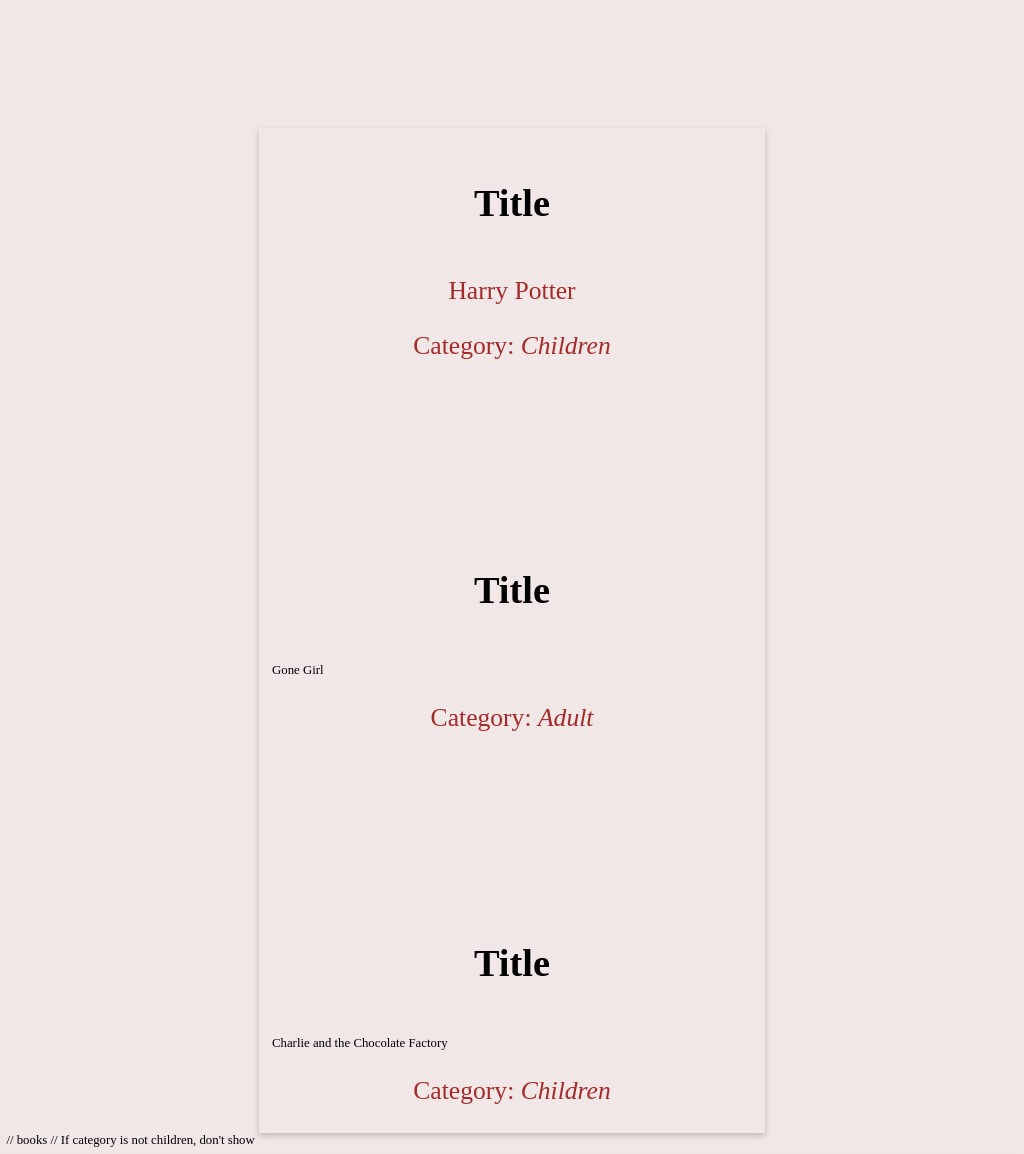
Repository: cyborgEneki/archangel-code-challenge
Page: index.html
An editor plug-in stored every save of this project. The page is shown before and after the next save, followed by the edit.
The browser window is 1280 px wide. The pictures show the whole page, at 80% of full size.
The style sheet was rebuilt from its Sass, Less or Tailwind sources for each picture, by a compiler version that may differ from the author's.

Above is the page before, as saved 2020-11-05 14:15:16.

### index.html
<!DOCTYPE html>
<html lang="en">

<head>
    <link rel="stylesheet" href="assets/css/styles.css">
</head>

<body>
    <div id="main"></div>
    <script src="bower_components/handlebars/handlebars.min.js"></script>
    <script src="bower_components/jquery/dist/jquery.min.js"></script>
    <script type="text/x-handlebars-template" id="template-script">
            <div class="card">
                <div class="card__container">
                    <h4 class="card__heading"><b>Title</b></h4>
                    <p class="card__title-text">Harry Potter</p>
                    <p class="card__category-text">Category: <i>Children</i></p>
                </div>
                <div class="card__container">
                    <h4 class="card__heading"><b>Title</b></h4>
                    <p class="card__text">Gone Girl</p>
                    <p class="card__category-text">Category: <i>Adult</i></p>
                </div>
                <div class="card__container">
                    <h4 class="card__heading"><b>Title</b></h4>
                    <p class="card__text">Charlie and the Chocolate Factory</p>
                    <p class="card__category-text">Category: <i>Children</i></p>
                </div>
            </div>
    </script>
    <script src="assets/js/books.js"></script>
    <script src="assets/js/index.js"></script>
</body>
</html>


                    <!-- <p class="card__text">{{compareEquality a b real makeBelieve}}!</p> -->

    // books
    // If category is not children, don't show

### assets/js/index.js
$(function () {
    Handlebars.registerHelper("compareEquality", function (a, b, real, makeBelieve) {
        if (a == b) {
            return real;
        } else {
            return makeBelieve;
        };
    });
    let template = $('#template-script').html(),
        compiled = Handlebars.compile(template),
        rendered = compiled({
            a: 1,
            b: 1,
            real: 'an oblate spheroid',
            makeBelieve: 'flat'
        });
    $('#main').html(rendered);
});

### scss/styles.scss
$peach: #f1e7e7;

body {
    background-color: $peach;
}

.card {
    box-shadow: 0 4px 8px 0 rgba(0, 0, 0, 0.2);
    transition: 0.3s;
    width: 50%;
    margin: 0 auto;

    &__container {
        padding: 2px 16px;
        margin-top: 10rem;
    }

    &__heading {
        font-size: 3rem;
        text-align: center;
    }

    &__title-text {
        text-align: center;
        font-size: 2rem;
        color: brown;
    }

    &__category-text {
        text-align: center;
        font-size: 2rem;
        color: brown;
    }
}

Loaded but not shown: bower_components/handlebars/handlebars.min.js (library); bower_components/jquery/dist/jquery.min.js (library); assets/js/books.js (no stored copy; drawn as an empty file)

After the next save:
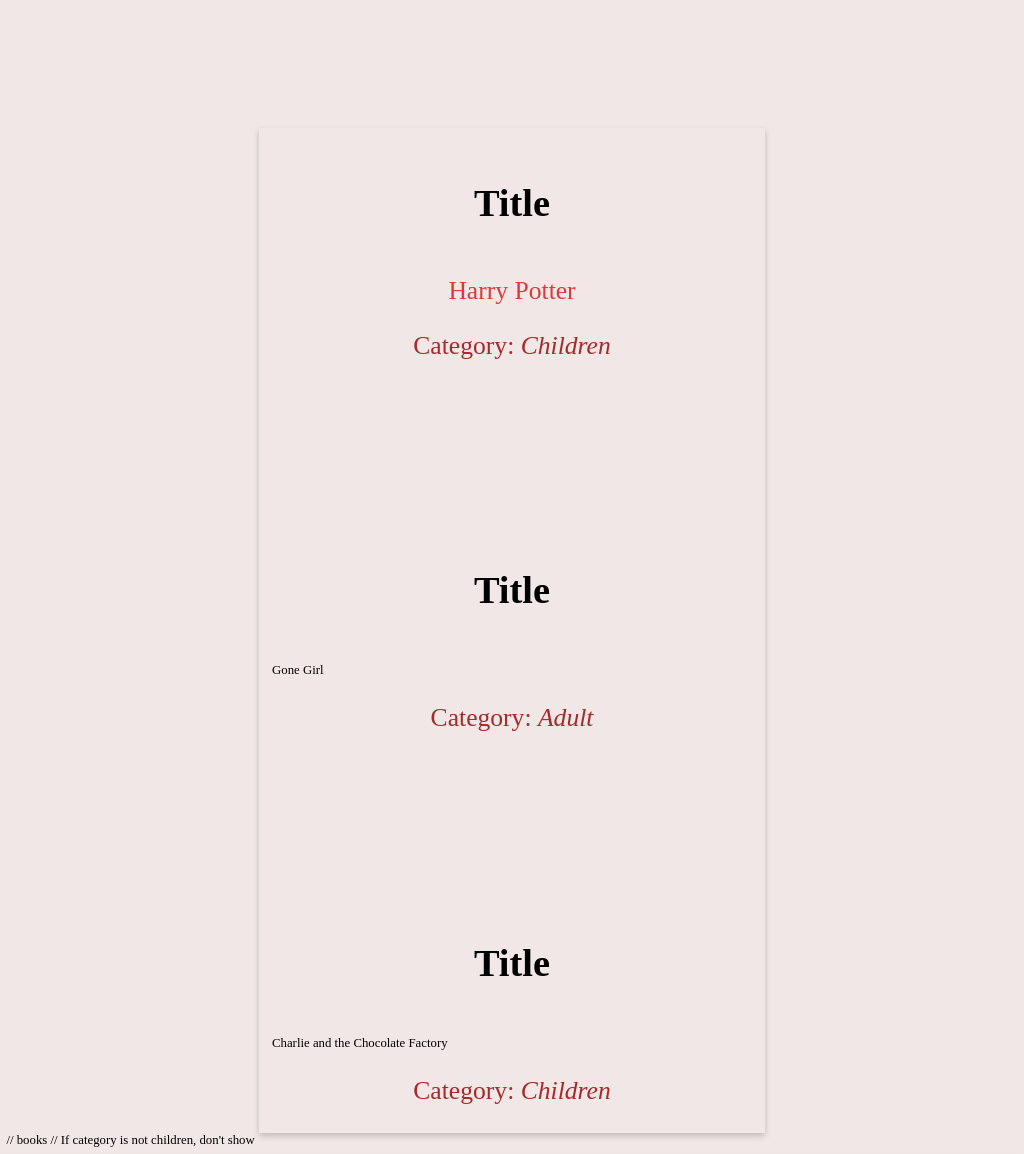
Saved 5 s later.
--- a/scss/styles.scss
+++ b/scss/styles.scss
@@ -23,7 +23,7 @@
     &__title-text {
         text-align: center;
         font-size: 2rem;
-        color: brown;
+        color: #de3838;
     }
 
     &__category-text {
